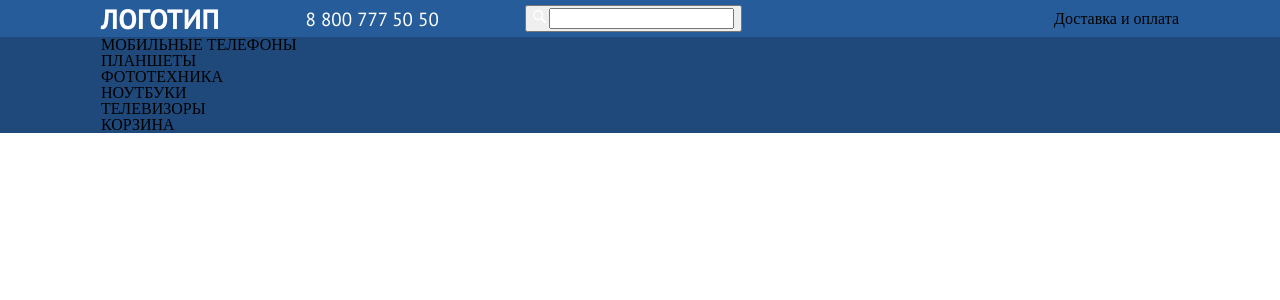
Repository: sem1103/WEBCompany
Page: index.html
An editor plug-in stored every save of this project. The page is shown before and after the next save, followed by the edit.
The browser window is 1280 px wide. The pictures show the whole page.

Above is the page before, as saved 2024-01-11 18:41:10.

### index.html
<!DOCTYPE html>
<html lang="en">

<head>
    <meta charset="UTF-8">
    <meta name="viewport" content="width=device-width, initial-scale=1.0">
    <title>Интернет магазин</title>

    <link rel="preconnect" href="https://fonts.googleapis.com">
    <link rel="preconnect" href="https://fonts.gstatic.com" crossorigin>
    <link href="https://fonts.googleapis.com/css2?family=PT+Sans:wght@400;700&display=swap" rel="stylesheet">

    <link rel="stylesheet" href="styles/reset.css">
    <link rel="stylesheet" href="styles/main.css">
</head>

<body>
    <div id="page">
        <header>
            <div class="container">
                <div class="header__logo">
                    <span>ЛОГОТИП</span>
                </div>
                <p class="phone__number"><a href="tel:+78007775050">8 800 777 50 50</a></p>
                <div class="search__items">
                    <button>
                        <svg xmlns="http://www.w3.org/2000/svg" width="13" height="13" viewBox="0 0 13 13" fill="none">
                            <path
                                d="M8.68135 1.48741C6.69814 -0.495804 3.4703 -0.495804 1.48709 1.48741C-0.495696 3.47106 -0.495696 6.69846 1.48709 8.6821C3.2532 10.4478 6.00382 10.6369 7.98574 9.25819C8.02744 9.45553 8.12289 9.64383 8.27637 9.79731L11.1646 12.6855C11.5855 13.1055 12.2656 13.1055 12.6843 12.6855C13.1048 12.265 13.1048 11.5849 12.6843 11.1657L9.79613 8.27669C9.64351 8.1245 9.45477 8.02863 9.25744 7.98692C10.6371 6.00457 10.4479 3.25438 8.68135 1.48741ZM7.76949 7.77024C6.28885 9.25089 3.87916 9.25089 2.39895 7.77024C0.919166 6.2896 0.919166 3.88034 2.39895 2.3997C3.87916 0.919489 6.28885 0.919489 7.76949 2.3997C9.25013 3.88034 9.25013 6.2896 7.76949 7.77024Z"
                                fill="white" />
                        </svg>
                        <input type="text" name="itemName">
                    </button>
                </div>
                <p class="delivery"><a href="">Доставка и оплата</a></p>
                <a href="" class="mobile__cart">
                    <svg xmlns="http://www.w3.org/2000/svg" width="21" height="20" viewBox="0 0 21 20" fill="none">
                        <path d="M20.1372 3.64139H3.71775L3.47368 0.816059C3.43376 0.354025 3.0611 0 2.61469 0H0.862433C0.386124 0 0 0.401223 0 0.896159C0 1.39109 0.386124 1.79232 0.862433 1.79232H1.82622C2.35292 7.8897 0.991675 -7.86977 2.81815 13.2755C2.88854 14.1031 3.31889 15.0012 4.06025 15.6114C2.72361 17.3851 3.94489 20 6.11917 20C7.92379 20 9.19662 18.1298 8.57776 16.3584H13.298C12.6799 18.1275 13.95 20 15.7566 20C17.1983 20 18.3713 18.7812 18.3713 17.2831C18.3713 15.7849 17.1983 14.5661 15.7566 14.5661H6.125C5.46988 14.5661 4.89899 14.1554 4.65258 13.557L18.4354 12.7153C18.8117 12.6924 19.13 12.4181 19.2215 12.0381L20.9739 4.75489C21.1097 4.19014 20.6983 3.64139 20.1372 3.64139ZM6.11917 18.2077C5.62857 18.2077 5.22939 17.7929 5.22939 17.2831C5.22939 16.7732 5.62857 16.3584 6.11917 16.3584C6.60981 16.3584 7.009 16.7732 7.009 17.2831C7.009 17.7929 6.60981 18.2077 6.11917 18.2077ZM15.7565 18.2077C15.2659 18.2077 14.8667 17.7929 14.8667 17.2831C14.8667 16.7732 15.2659 16.3584 15.7565 16.3584C16.2472 16.3584 16.6464 16.7732 16.6464 17.2831C16.6464 17.7929 16.2472 18.2077 15.7565 18.2077ZM17.7018 10.9648L4.42042 11.7758L3.87257 5.43367H19.0326L17.7018 10.9648Z" fill="white"/>
                      </svg>
                </a>
            </div>

            <nav>
                <ul class="container">
                    <li><a href="">МОБИЛЬНЫЕ ТЕЛЕФОНЫ</a></li>
                    <li><a href="">ПЛАНШЕТЫ</a></li>
                    <li><a href="">ФОТОТЕХНИКА</a></li>
                    <li><a href="">НОУТБУКИ</a></li>
                    <li><a href="">ТЕЛЕВИЗОРЫ</a></li>

                    <li class="desc__cart"><a href="">КОРЗИНА</a></li>
                </ul>
            </nav>
        </header>
    </div>
</body>

</html>

### styles/reset.css
:root{
    --blue: #265C9A;
    --darkBlue: #1F497B;
    --yellow: #FBFF3D;
    --fontPT: 'PT Sans'
 }
html{
    scroll-behavior: smooth;
}
html,
body,
div,
span,
applet,
object,
iframe,
h1,
h2,
h3,
h4,
h5,
h6,
p,
blockquote,
pre,
a,
abbr,
acronym,
address,
big,
cite,
code,
del,
dfn,
em,
img,
ins,
kbd,
q,
s,
samp,
small,
strike,
strong,
sub,
sup,
tt,
var,
b,
u,
i,
center,
dl,
dt,
dd,
ol,
ul,
li,
fieldset,
form,
label,
legend,
table,
caption,
tbody,
tfoot,
thead,
tr,
th,
td,
article,
aside,
canvas,
details,
embed,
figure,
figcaption,
footer,
header,
hgroup,
menu,
nav,
output,
ruby,
section,
summary,
time,
mark,
audio,
video {
    margin: 0;
    padding: 0;
    border: 0;
    font-size: 100%;
    font: inherit;
    vertical-align: baseline
}

article,
aside,
details,
figcaption,
figure,
footer,
header,
hgroup,
menu,
nav,
section {
    display: block
}

body {
    line-height: 1;
}

ol,
ul {
    list-style: none
}

blockquote,
q {
    quotes: none
}

blockquote:before,
blockquote:after,
q:before,
q:after {
    content: '';
    content: none
}

table {
    border-collapse: collapse;
    border-spacing: 0
}

a {
    text-decoration: none;
    color: inherit;
    transition: all .3s ease-in-out
}

a:hover {
    color: #365edc;
}

* {
    box-sizing: border-box
}

main img{
    width: 100%;
    height: auto;
}

### styles/main.css


.container{
    max-width: 1078px;
    margin: 0 auto;
}
header{
    background: var(--blue);
}
nav{
    background: var(--darkBlue);
}
header > div{
    display: flex;
    align-items: center;
}
.header__logo span{
    font:700 28px var(--fontPT);
    color: #fff;
}
.phone__number{
    margin: 0 86px;
    font: 19px var(--fontPT);
    color: #fff;
}
.delivery{
    margin: 0 0 0 auto;
}


.mobile__cart{
    display: none;
}

After the next save:
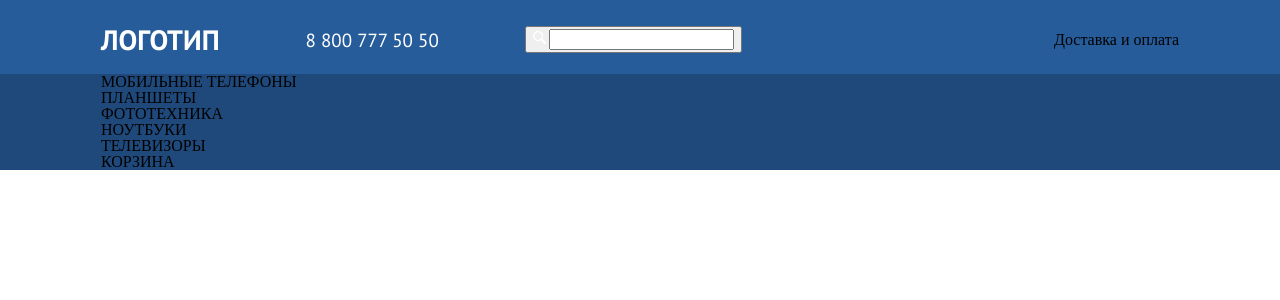
Saved 74 s later.
--- a/styles/main.css
+++ b/styles/main.css
@@ -13,6 +13,7 @@ nav{
 header > div{
     display: flex;
     align-items: center;
+    padding: 21px 0 16px 0;
 }
 .header__logo span{
     font:700 28px var(--fontPT);
